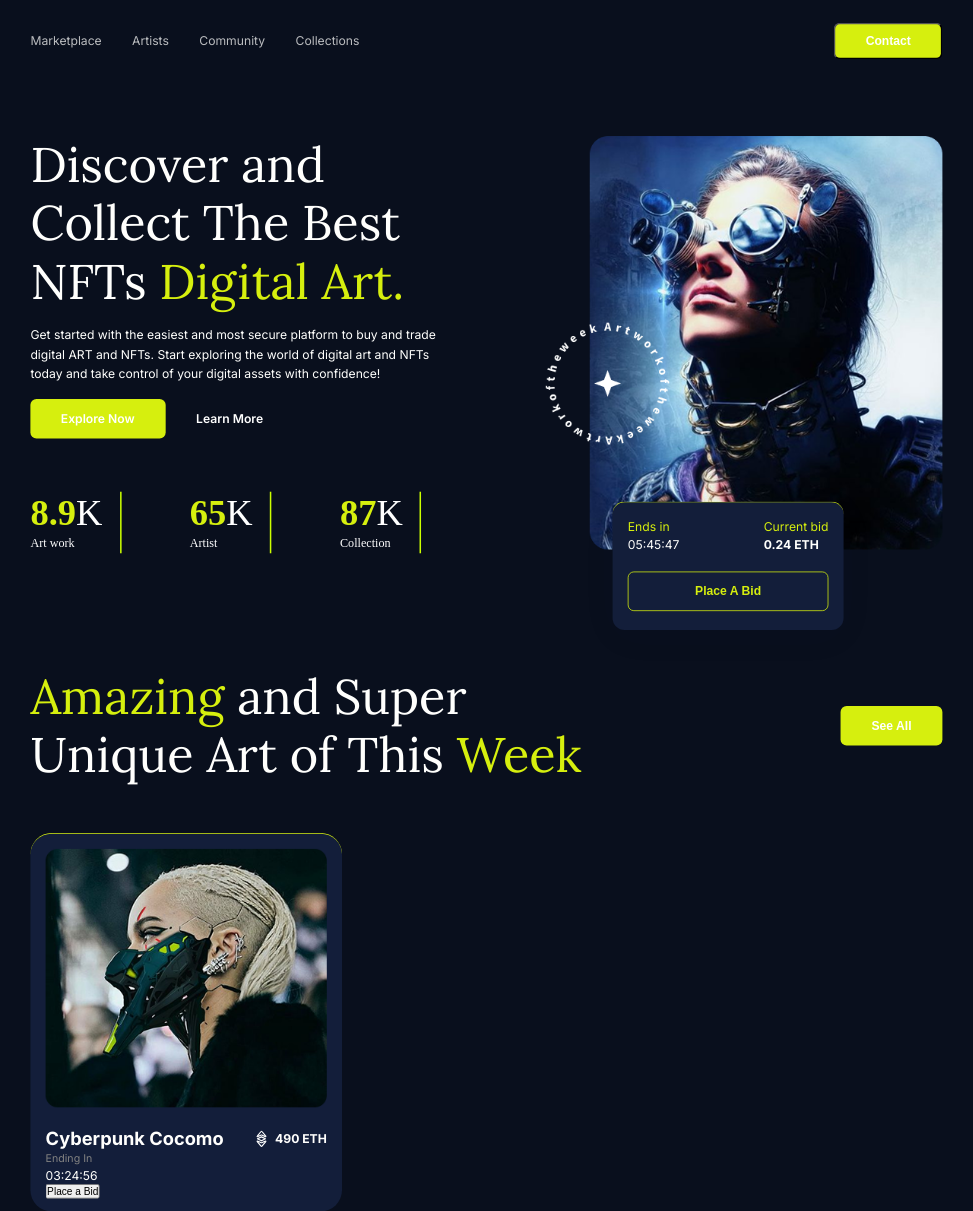
Repository: Kamron5505/NftMarketplace
Page: index.html
These files come from the project's save history. The page is drawn as it stood at one moment and after the next save; the edit follows.
The browser window is 1280 px wide. The pictures show the whole page, at 76% of full size.

Above is the page before, as saved 2025-07-09 13:57:51.

After the next save:
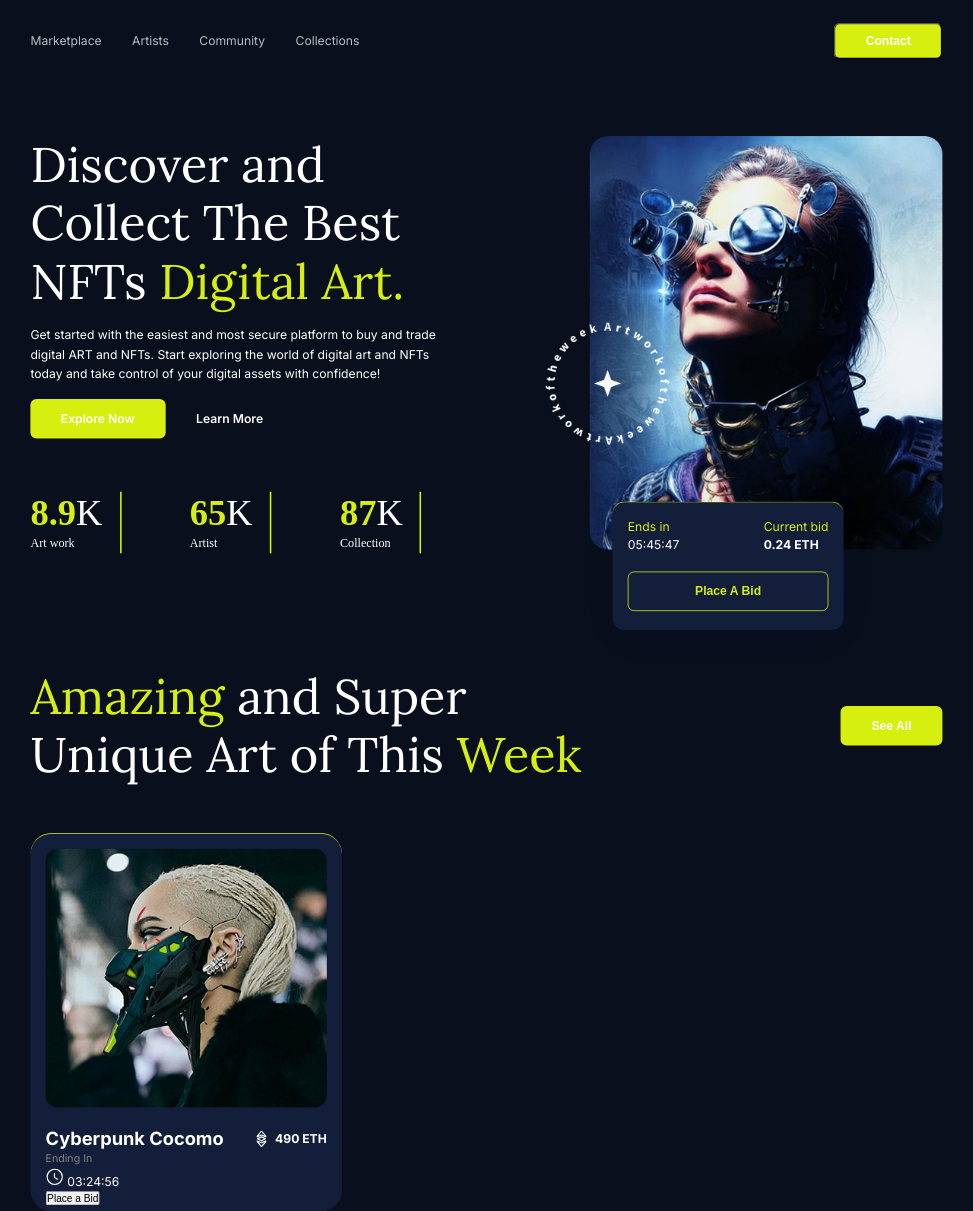
Saved 15 s later.
--- a/index.html
+++ b/index.html
@@ -127,7 +127,18 @@
                                 <p class="art-card__time__ending">
                                     Ending In
                                 </p>
-                                <i class="icon-clock"></i>
+                                <i class="icon-clock">
+                                    <svg width="24" height="25" viewBox="0 0 24 25" fill="none"
+                                        xmlns="http://www.w3.org/2000/svg">
+                                        <path
+                                            d="M22 12.5C22 18.02 17.52 22.5 12 22.5C6.48 22.5 2 18.02 2 12.5C2 6.98 6.48 2.5 12 2.5C17.52 2.5 22 6.98 22 12.5Z"
+                                            stroke="white" stroke-width="1.5" stroke-linecap="round"
+                                            stroke-linejoin="round" />
+                                        <path d="M15.71 15.68L12.61 13.83C12.07 13.51 11.63 12.74 11.63 12.11V8.01001"
+                                            stroke="white" stroke-width="1.5" stroke-linecap="round"
+                                            stroke-linejoin="round" />
+                                    </svg>
+                                </i>
                                 <span>03:24:56</span>
                             </div>
                         </div>
